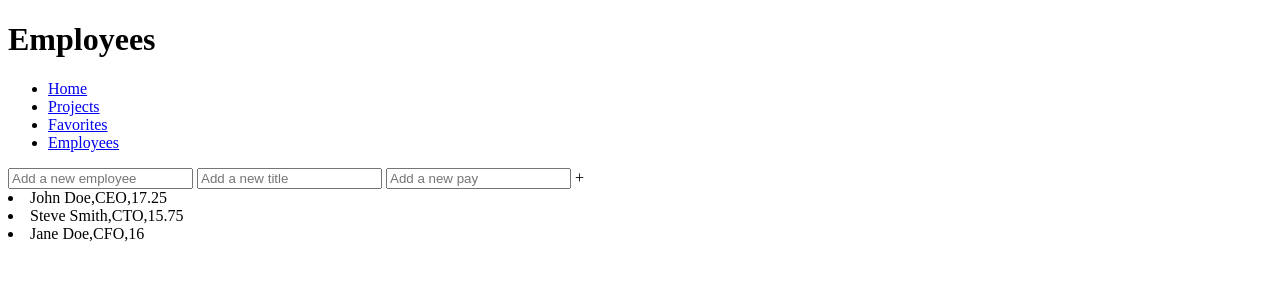
Repository: Kayla-amr/workApp
Page: client/employees.html
These files come from the project's save history. The page is drawn as it stood at one moment and after the next save; the edit follows.
The browser window is 1280 px wide. The pictures show the whole page.

Above is the page before, as saved 2023-12-04 06:12:37.
Console error: ReferenceError: employee is not defined

### client/employees.html
<!DOCTYPE html>
<html lang="en">
<head>
    <meta charset="UTF-8">
    <meta name="viewport" content="width=device-width, initial-scale=1.0">
    <title>Work Management App : Employees</title>
</head>
<body>
    <div class="app">
        <h1>Employees</h1>

        <nav>
            <ul>
                <li><a href="./index.html">Home</a></li>
                <li><a href="./projects.html">Projects</a></li>
                <li><a href="./favorites.html">Favorites</a></li>
                <li><a href="./employees.html">Employees</a></li>
            </ul>
        </nav>
        <div class="input">
            <input class="userEName" type="text" placeholder="Add a new employee">
            <input class="userETitle" type="text" placeholder="Add a new title">
            <input class="userEPay" type="text" placeholder="Add a new pay">
            <inp

            <button class="addInput">+</button>

        <div class="employee">


        </div>
</body>
<script src="./src/main.js"></script>
</html>

### client/src/main.js
let employees = [
    {
        id: 1,
        name: 'John Doe',
        title: 'CEO',
        pay: 17.25
    },
    {
        id: 2,
        name: 'Steve Smith',
        title: 'CTO',
        pay: 15.75
    },
    {
        id: 3,
        name: 'Jane Doe',
        title: 'CFO',
        pay: 16.00
    }
];

let equipment = [
    {
        id: 1,
        name: 'cement',
    },
    {
        id: 2,
        name: 'trailer',
    },
    {
        id: 3,
        name: 'truck',
    }
];

let projects = [
    {
        id: 1,
        name: 'Project 1',
        description: 'This is a project description',
        equipment: [ 'cement', 'trailer', 'truck' ],
        employees:['John Doe', 'Steve Smith'],
        cost: 1234.56
    },
    {
        id: 2,
        name: 'Project 2',
        description: 'This is a project description',
        equipment: [ 'cement', 'trailer', 'truck' ],
        employees:['Jane Doe', 'Steve Smith'],
        cost: 1234.56
    },
    {
        id: 3,
        name: 'Project 3',
        description: 'This is a project description',
        equipment: [ 'cement', 'trailer', 'truck' ],
        employees:['John Doe', 'Jane Doe'],
        cost: 1234.56
    }
];

let employeeList = document.querySelector('.employee');
let projectList = document.querySelector('.project');
let equipmentList = document.querySelector('.equipment');

function createEmployeeLi(employee) {
    let li = document.createElement('li');
    li.setAttribute('id', employee.id);
    li.innerText = [employee.name, employee.title, employee.pay]
    return li;
}


function addEmployee() {
    let userEInput = document.querySelector('.employee-input');

    employees.push(newEmployee);
    viewWork(employees);
}

function viewWork(employees) {
    employeeList.innerText = '';

    employees.forEach((employee) => {

        let li = createEmployeeLi(employee);
        employeeList.appendChild(li);
    });

    document.querySelector('.employee').innerHTML = employee;
}

viewWork(employees)

After the next save:
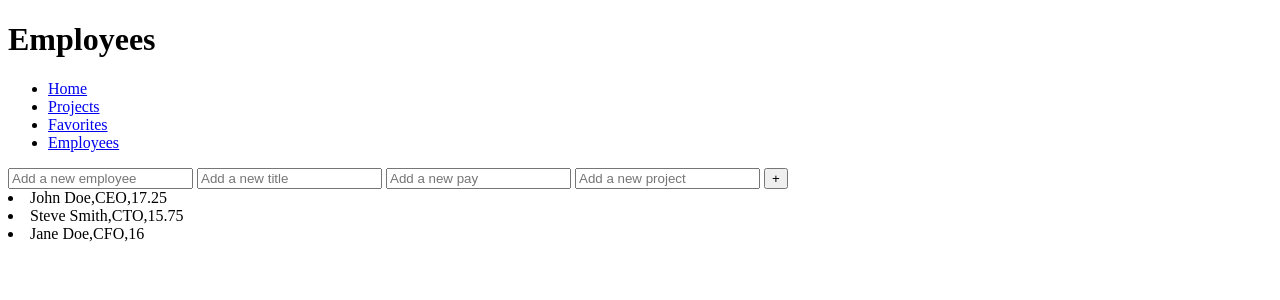
Saved 4 s later.
--- a/client/employees.html
+++ b/client/employees.html
@@ -21,7 +21,7 @@
             <input class="userEName" type="text" placeholder="Add a new employee">
             <input class="userETitle" type="text" placeholder="Add a new title">
             <input class="userEPay" type="text" placeholder="Add a new pay">
-            <inp
+            <input class="userEProject" type="text" placeholder="Add a new project">
 
             <button class="addInput">+</button>
 
